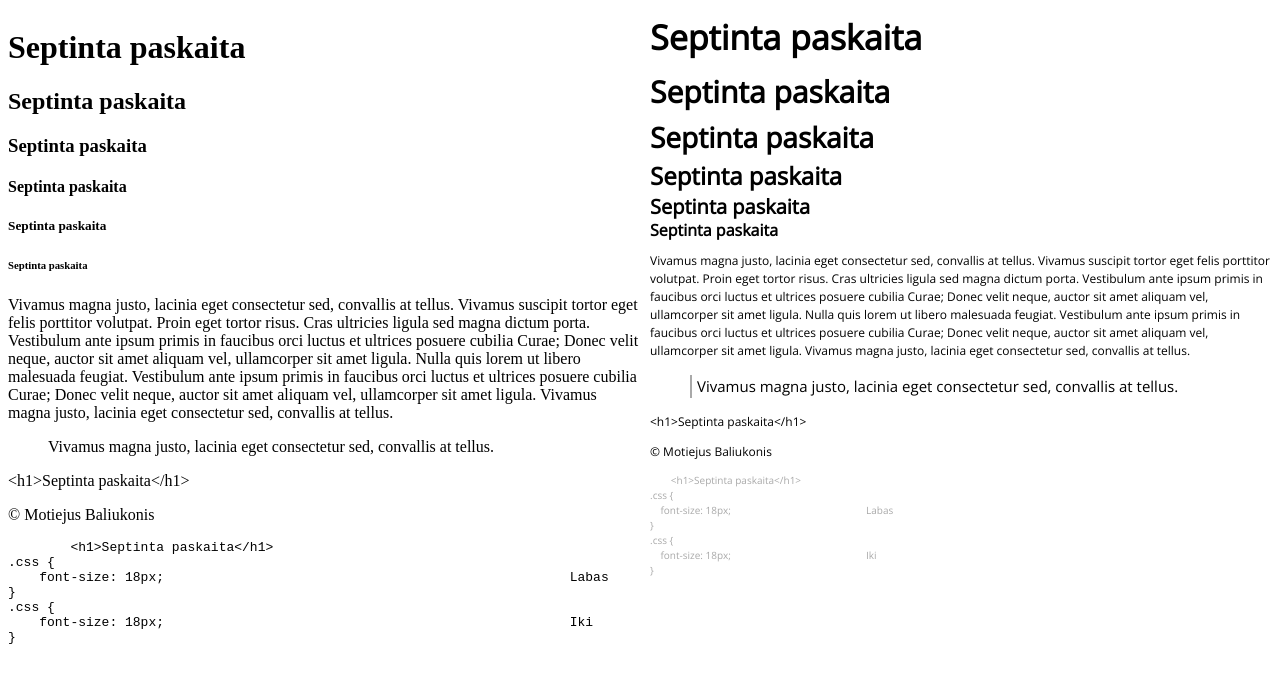
Repository: motiejus1/07-paskaita-05.31
Page: index.html
The author's editor kept a copy of each file at every save. The page is drawn from the files as they stood at one save, then again after a run of saves.
The browser window is 1280 px wide. The pictures show the whole page.

Above is the page before, as saved 2021-06-10 20:45:39.

### index.html
<!DOCTYPE html>
<html lang="en">
<head>
    <meta charset="UTF-8">
    <meta http-equiv="X-UA-Compatible" content="IE=edge">
    <meta name="viewport" content="width=device-width, initial-scale=1.0">
    <title>Septinta paskaita</title>

    <link rel="preconnect" href="https://fonts.gstatic.com">
    <link href="https://fonts.googleapis.com/css2?family=Open+Sans&display=swap" rel="stylesheet">

    <style>
        .container {
            width: 100%;
        }

        .left, .right {
            float:left;
            width: 50%;

        }

        .right {
            font-family: 'Open Sans', sans-serif;
        }

        .right pre {
            font-family: 'Open Sans', sans-serif;
            font-size: 10px;
            line-height: 1.5;
            color:darkgrey;
            border:
        }

        .right h1, .right h2, .right h3, .right h4, .right h5, .right h6 {
            margin: 0;
            font-weight: 700;
        }

        .right h1 {
            /* font-family: 'Open Sans', sans-serif; */
            font-size: 34px;
            line-height: 1.75;
        }

        .right h2 {
            font-size: 30px;
            line-height: 1.6;
        }

        .right h3 {
            font-size: 28px;
            line-height: 1.5;
        }

        .right h4 {
            font-size: 24px;
            line-height: 1.5;
        }

        .right h5 {
            font-size: 20px;
            line-height: 1.3;
        }

        .right h6 {
            font-size: 16px;
            line-height: 1.3;
        }

        .right p {
            font-size: 12px;
            line-height: 1.5;
            font-weight: 400;
        }

        .right blockquote {
            font-size: 15px;
            line-height: 1.5;
            font-weight: 400;
            border-left: 2px solid darkgrey;
            padding-left: 5px;
            /* border: 2px solid darkgrey */
        }
        .right-container {
            padding-left: 10px;
        }

    </style>
</head>
<body>
    <div class="container">
        <div class="left">
            <h1>Septinta paskaita</h1>
            <h2>Septinta paskaita</h2>
            <h3>Septinta paskaita</h3>
            <h4>Septinta paskaita</h4>
            <h5>Septinta paskaita</h5>
            <h6>Septinta paskaita</h6>

            <p>Vivamus magna justo, lacinia eget consectetur sed, convallis at tellus. Vivamus suscipit tortor eget felis porttitor volutpat. Proin eget tortor risus. Cras ultricies ligula sed magna dictum porta. Vestibulum ante ipsum primis in faucibus orci luctus et ultrices posuere cubilia Curae; Donec velit neque, auctor sit amet aliquam vel, ullamcorper sit amet ligula. Nulla quis lorem ut libero malesuada feugiat. Vestibulum ante ipsum primis in faucibus orci luctus et ultrices posuere cubilia Curae; Donec velit neque, auctor sit amet aliquam vel, ullamcorper sit amet ligula. Vivamus magna justo, lacinia eget consectetur sed, convallis at tellus.</p>

            <blockquote>Vivamus magna justo, lacinia eget consectetur sed, convallis at tellus.</blockquote>

            <p> &lt;h1&gt;Septinta paskaita&lt;/h1&gt;  </p>
            <p>&copy; Motiejus Baliukonis</p>

            <pre>
        &lt;h1&gt;Septinta paskaita&lt;/h1&gt;
.css {
    font-size: 18px;                                                    Labas
}
.css {
    font-size: 18px;                                                    Iki
}
            </pre>
        </div>
        <div class="right">
            <div class="right-container">
            <h1>Septinta paskaita</h1>
            <h2>Septinta paskaita</h2>
            <h3>Septinta paskaita</h3>
            <h4>Septinta paskaita</h4>
            <h5>Septinta paskaita</h5>
            <h6>Septinta paskaita</h6>

            <p>Vivamus magna justo, lacinia eget consectetur sed, convallis at tellus. Vivamus suscipit tortor eget felis porttitor volutpat. Proin eget tortor risus. Cras ultricies ligula sed magna dictum porta. Vestibulum ante ipsum primis in faucibus orci luctus et ultrices posuere cubilia Curae; Donec velit neque, auctor sit amet aliquam vel, ullamcorper sit amet ligula. Nulla quis lorem ut libero malesuada feugiat. Vestibulum ante ipsum primis in faucibus orci luctus et ultrices posuere cubilia Curae; Donec velit neque, auctor sit amet aliquam vel, ullamcorper sit amet ligula. Vivamus magna justo, lacinia eget consectetur sed, convallis at tellus.</p>

            <blockquote>Vivamus magna justo, lacinia eget consectetur sed, convallis at tellus.</blockquote>

            <p> &lt;h1&gt;Septinta paskaita&lt;/h1&gt;  </p>
            <p>&copy; Motiejus Baliukonis</p>

            <pre>
        &lt;h1&gt;Septinta paskaita&lt;/h1&gt;
.css {
    font-size: 18px;                                                    Labas
}
.css {
    font-size: 18px;                                                    Iki
}
            </pre>
        </div>
        </div>
    </div>
</body>
</html>

After the next 3 saves:
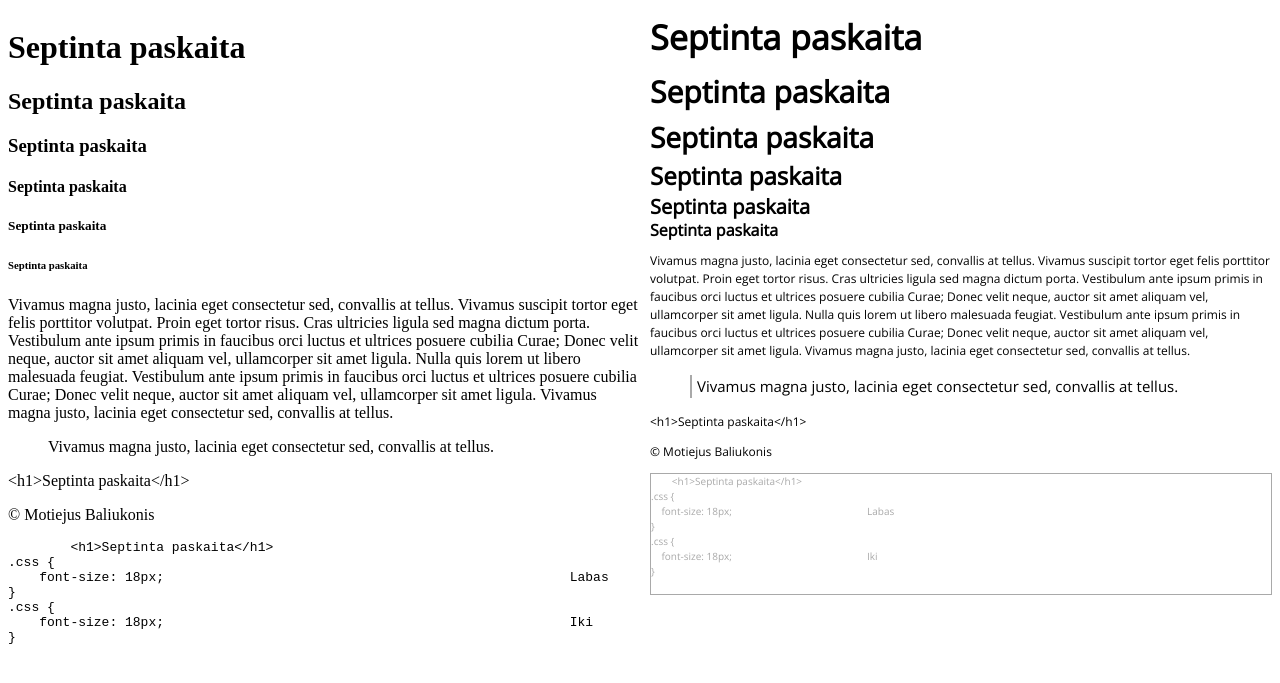
The 3 saves are shown as one change because they came seconds apart.
The last was saved 10 s later.
--- a/index.html
+++ b/index.html
@@ -29,7 +29,7 @@
             font-size: 10px;
             line-height: 1.5;
             color:darkgrey;
-            border:
+            border: 1px solid
         }
 
         .right h1, .right h2, .right h3, .right h4, .right h5, .right h6 {
